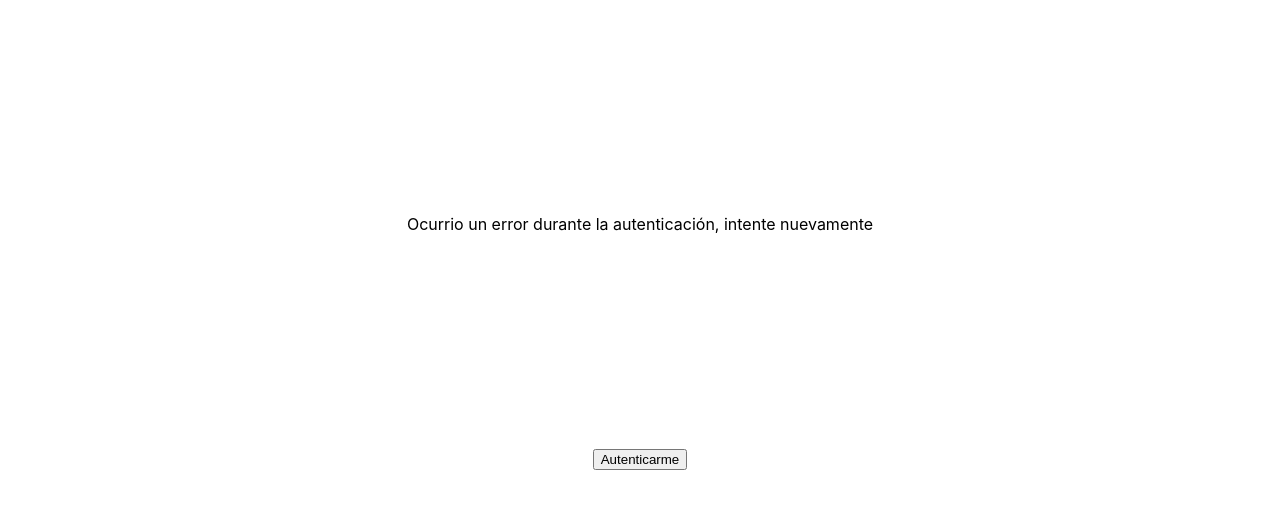
Repository: ActiviaMobile/CDI
Page: /error
These files come from the project's save history. The page is drawn as it stood at one moment and after the next save; the edit follows.
The browser window is 1280 px wide. The pictures show the whole page.
The project was rebuilt for these pictures with package versions that can differ from the ones it lists, and the page was loaded fresh each time. Also part of the build but not shown: src/components/SvgComponents/LogoCDI.js, src/components/Header/Header.module.css, src/components/Header/Header.js, src/components/Main/Main.module.css, src/components/WorkInProgress/WorkInProgress.js, src/utils/MenuOptions.js, src/components/Main/Main.js, src/components/SideMenu/SideMenuItem.module.css and 14 more.

Above is the page before, as saved 2022-04-19 18:56:17.

### public/index.html
<!DOCTYPE html>
<html lang="en">

<head>
    <link rel="stylesheet" href="https://cdnjs.cloudflare.com/ajax/libs/animate.css/4.1.1/animate.min.css" />
</head>
<meta charset="utf-8" />
<link rel="icon" href="%PUBLIC_URL%/favicon.ico" />
<meta name="viewport" content="width=device-width, initial-scale=1" />
<meta name="theme-color" content="#000000" />
<meta name="description" content="Web site created using create-react-app" />
<link rel="apple-touch-icon" href="%PUBLIC_URL%/logo192.png" />
<!--
      manifest.json provides metadata used when your web app is installed on a
      user's mobile device or desktop. See https://developers.google.com/web/fundamentals/web-app-manifest/
    -->
<link rel="manifest" href="%PUBLIC_URL%/manifest.json" />
<!--
      Notice the use of %PUBLIC_URL% in the tags above.
      It will be replaced with the URL of the `public` folder during the build.
      Only files inside the `public` folder can be referenced from the HTML.

      Unlike "/favicon.ico" or "favicon.ico", "%PUBLIC_URL%/favicon.ico" will
      work correctly both with client-side routing and a non-root public URL.
      Learn how to configure a non-root public URL by running `npm run build`.
    -->
<title>React App</title>
</head>

<body>
    <noscript>You need to enable JavaScript to run this app.</noscript>
    <div id="root"></div>
    <!--
      This HTML file is a template.
      If you open it directly in the browser, you will see an empty page.

      You can add webfonts, meta tags, or analytics to this file.
      The build step will place the bundled scripts into the <body> tag.

      To begin the development, run `npm start` or `yarn start`.
      To create a production bundle, use `npm run build` or `yarn build`.
    -->
</body>

</html>

### src/App.js
import './App.css';
import { SessionProvider } from './context/sessionContext';
import AppRouter from './AppRouter/AppRouter';
import { MainProvider } from './context/mainContext';


function App() {

  return (
    <div className="App">
      <SessionProvider>
        <MainProvider>
          <AppRouter/>
        </MainProvider>
      </SessionProvider>
    </div>
  );
}

export default App;

### src/context/sessionContext.js
import {createContext, useState} from 'react'

const SessionContext = createContext();

const SessionProvider = ({children})=>{
    const [user, setUser] = useState()

    const updateUser = (userData) => {
        localStorage.setItem('user',JSON.stringify(userData))
        setUser(userData)
    }
    const data = {
        updateUser,
        user,
    }

    return(
        <SessionContext.Provider value={data}>
            {children}
        </SessionContext.Provider>
    )
}
export { SessionProvider, SessionContext };

### src/AppRouter/AppRouter.js
import { BrowserRouter, Routes, Route } from "react-router-dom";
import { HomePage , ErrorPage } from "../pages/index"

export default function AppRouter () {
    return (
        <BrowserRouter>
            <Routes>
                <Route path="/" element={<HomePage/>}/>
                <Route path="/error" element={<ErrorPage/>}/>
            </Routes>
        </BrowserRouter>
    )
}

### src/context/mainContext.js
import {createContext, useState} from 'react'

const MainContext = createContext();

const MainProvider = ({children})=>{

    const [rsp, setRsp] = useState([])

    const updateRsp = (token) => {
        setRsp(token)
    }
    const data = {
        updateRsp,
        rsp,
    }

    return(
        <MainContext.Provider value={data}>
            {children}
        </MainContext.Provider>
    )
}
export { MainProvider, MainContext };

### src/pages/index.js
import DashboardPage from "./DashboardPage.js";
import ErrorPage from "./ErrorPage.js"
import ReferentesPage from "./ReferentesPage.jsx"
import HomePage from "./HomePage.js";

export { DashboardPage, ErrorPage, ReferentesPage, HomePage }

### src/pages/ErrorPage.js
import Button from "../components/Button/Button";
import styles from "./ErrorPage.module.css"
import redirectToConsole from "../functions/Redirect";

const ErrorPage = () => {
    return(
        <div className={styles.center}>
            Ocurrio un error durante la autenticación, intente nuevamente
            <Button title={'Autenticarme'} callback={redirectToConsole}/>
        </div>
    )

}

export default ErrorPage;

### src/components/Button/Button.js
import styles from "./Button.module.css"

export default function Button({title , callback , isActive}){
    return(
        <button disabled={isActive} onClick={callback} className={styles.button}>{title}</button>
    )
}

### src/pages/ErrorPage.module.css
.center {
    height: 95vh;
    display: flex;
    flex-direction: column;
    justify-content: space-evenly;
    align-items: center;
}

### src/functions/Redirect.js
const redirectToConsole = () => {
        window.location.href = "http://consolatest.activiaweb.com.ar";
}

export default redirectToConsole;

### src/components/Button/Button.module.css
.activeButton {
    text-decoration: none;
    background-color: rgb(27, 138, 202);
    border-style: none;
    color: white;
    border-radius: 15px;
    height: 30px;
    width: 120px;
}

.disableButton {
    text-decoration: none;
    background-color: rgb(199, 199, 199);
    border-style: none;
    color: black;
    border-radius: 15px;
    height: 30px;
    width: 120px;
}

.button:hover {
    background-color: rgb(9, 123, 189);
}

Loaded but not shown: src/index.js (common file); src/index.css (common file); src/reportWebVitals.js (common file); src/App.css (common file)

After the next save:
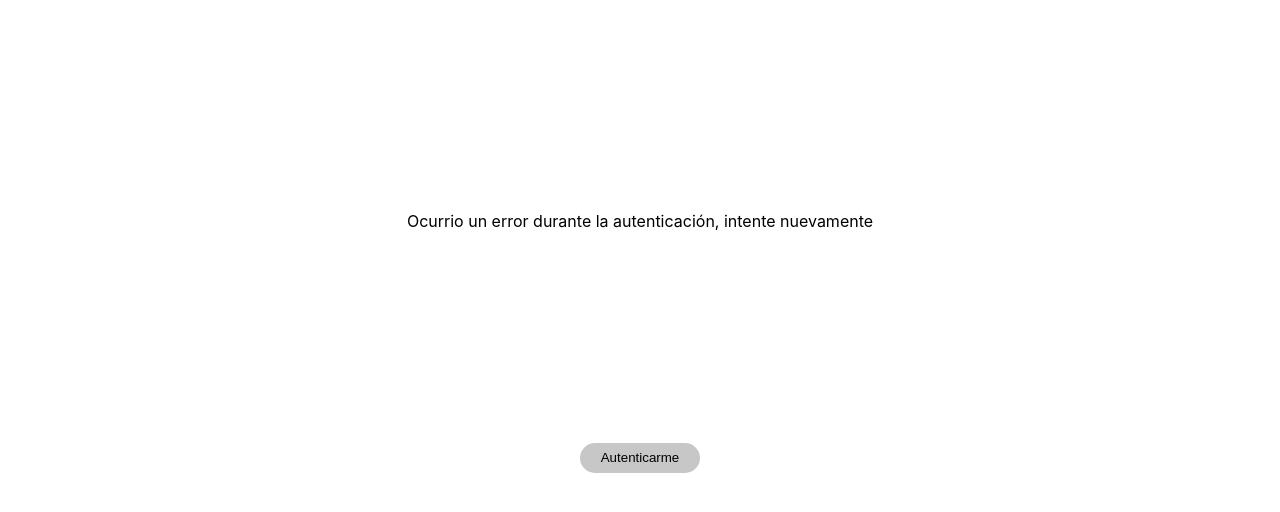
Saved 19 s later.
--- a/src/components/Button/Button.js
+++ b/src/components/Button/Button.js
@@ -2,6 +2,6 @@ import styles from "./Button.module.css"
 
 export default function Button({title , callback , isActive}){
     return(
-        <button disabled={isActive} onClick={callback} className={styles.button}>{title}</button>
+        <button disabled={isActive} onClick={callback} className={isActive ? styles.activeButton : styles.disableButton}>{title}</button>
     )
 }
